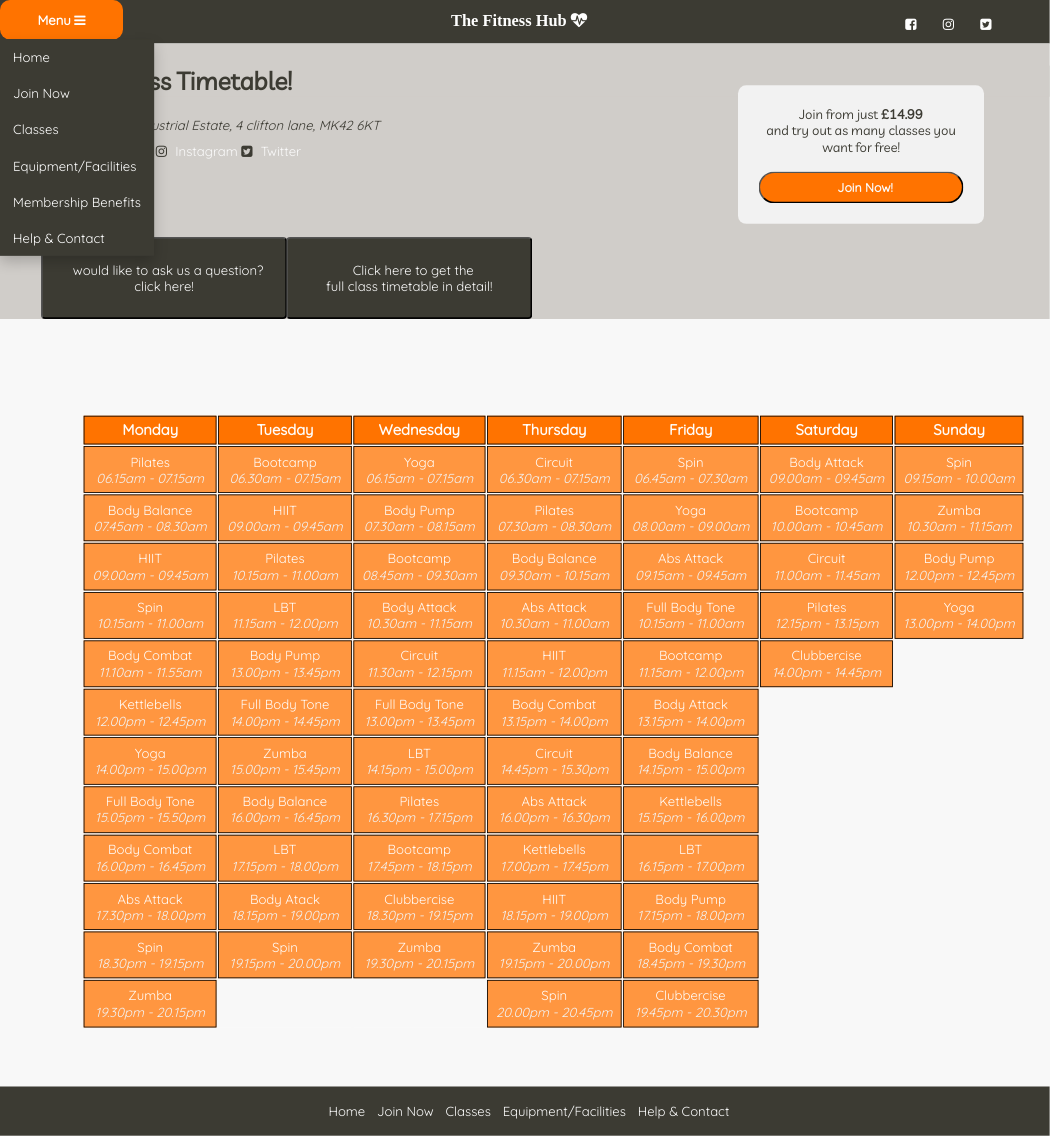
Repository: RicardoAzuul/the_fitness_hub
Page: classes.html
The author's editor kept a record of every edit. The page is drawn from the files as they stood at one moment, then again after the next edit.
The browser window is 1280 px wide. The pictures show the whole page, at 82% of full size.
Some web fonts or font styles are not loaded; a fallback is used.

Above is the page before.

After the next edit:
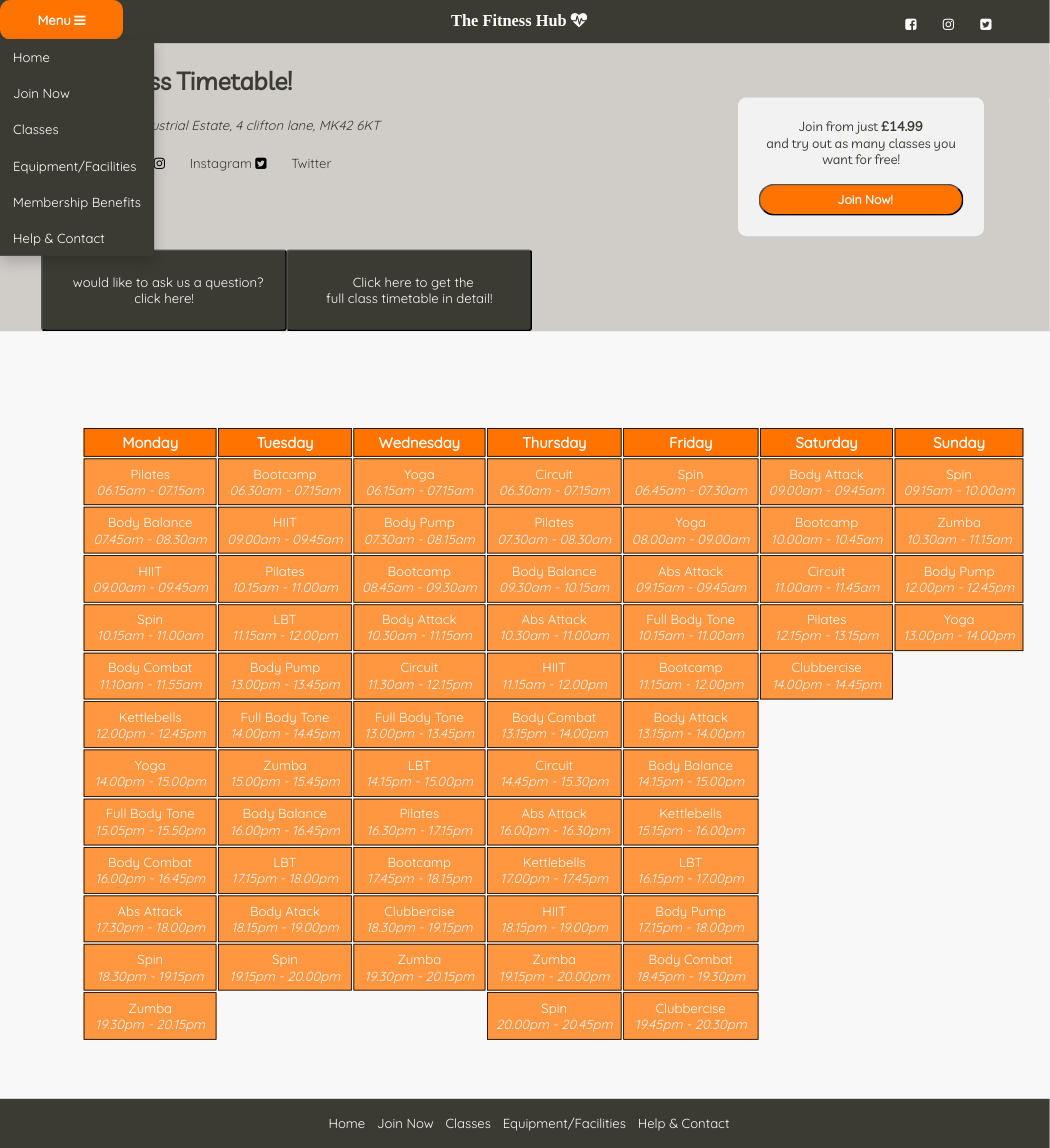
The edit:
--- a/css/style.css
+++ b/css/style.css
@@ -685,7 +685,7 @@
   margin-left: 30px;
 }
 
-.social {
+.social a {
   color: #3c3b33;
   font-family: 'Quicksand', sans-serif;
   margin-left: 20px;
